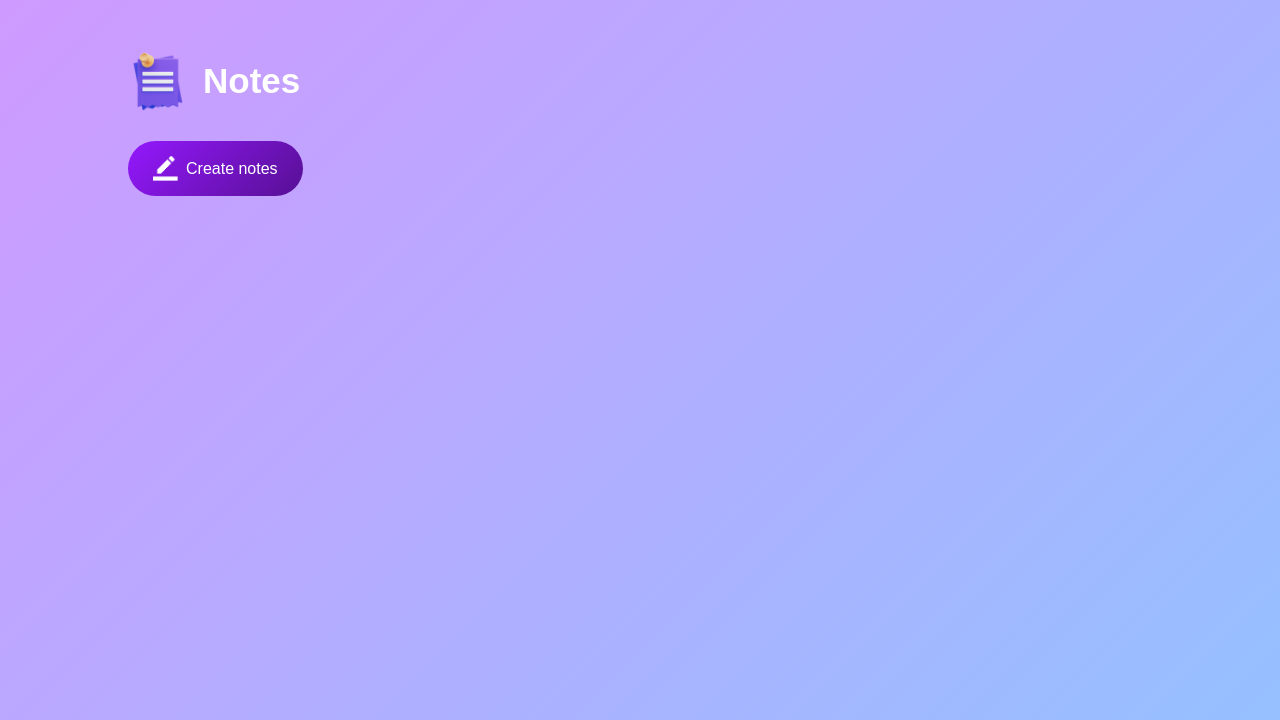
Repository: gaphappy55/notes-app
Page: index.html
The author's editor kept a copy of each file at every save. The page is drawn from the files as they stood at one save, then again after the next save.
The browser window is 1280 px wide. The pictures show the whole page.

Above is the page before, as saved 2025-11-22 22:59:55.

### index.html
<!DOCTYPE html>
<html>
    <head>
        <meta name="viewport" content="width=device-width, initial-scale=1.0">
        <title>Amirkhan Notes App</title>
        <link rel = "stylesheet" href = "style.css">
    </head>
    <body>

        <div class="container">
            <h1><img src = "images/notes.png"> Notes</h1>
            <button><img src = "images/edit.png"> Create notes</button>
            <div class="notes-container">
                <p contenteditable="true" class="input-box"></p>
            </div>
        </div>

    </body>
</html>

### style.css
*{
    margin: 0;
    padding: 0;
    font-family: 'Poppins', sans-serif;
    box-sizing: border-box;
}
.container{
    width: 100%;
    min-height: 100vh;
    background: linear-gradient(135deg, #cf9aff, #95c0ff);
    color: #fff;
    padding-top: 4%;
    padding-left: 10%;
}
.container h1{
    display: flex;
    align-items: center;
    font-size: 35px;
    font-weight: 600;
}
.container h1 img{
    width: 60px;
    margin-right: 15px;
}
.container button img{
    width: 25px;
    margin-right: 8px;
}
.container button{
    display: flex;
    align-items: center;
    background: linear-gradient(135deg, #9418fd, #571094);
    color: #fff;
    font-size: 16px;
    outline: 0;
    border: 0;
    border-radius: 40px;
    padding: 15px 25px;
    margin: 30px 0 20px;
    cursor: pointer;
}

After the next save:
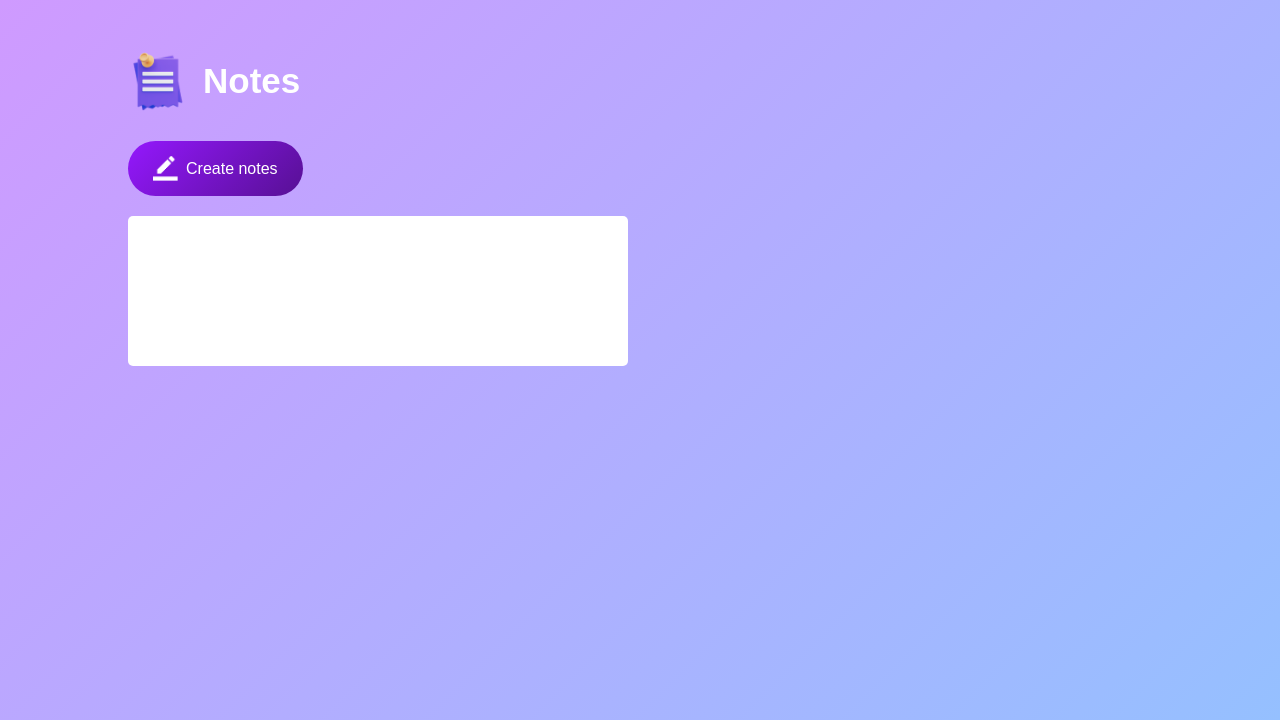
Saved 89 s later.
--- a/style.css
+++ b/style.css
@@ -39,3 +39,15 @@
     margin: 30px 0 20px;
     cursor: pointer;
 }
+.input-box{
+    position: relative;
+    width: 100%;
+    max-width: 500px;
+    min-height: 150px;
+    background: #fff;
+    color: #333;
+    padding: 20px;
+    margin: 20px 0;
+    outline: none;
+    border-radius: 5px;
+}
